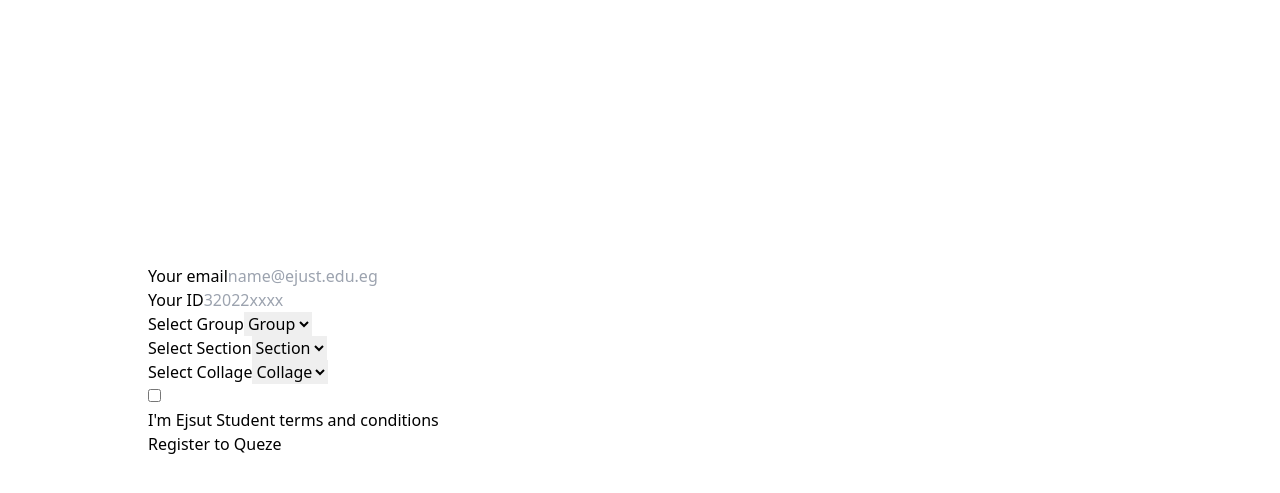
Repository: AbdalrahmanEldeep/FIBOTIC
Page: /
An editor plug-in stored every save of this project. The page is shown before and after the next save, followed by the edit.
The browser window is 1280 px wide. The pictures show the whole page.
The project was rebuilt for these pictures with package versions that can differ from the ones it lists, and the page was loaded fresh each time. Also part of the build but not shown: vite.config.js, src/pages/protecter.jsx, src/pages/exame.jsx.

Above is the page before, as saved 2023-01-06 22:55:39.

After the next save:
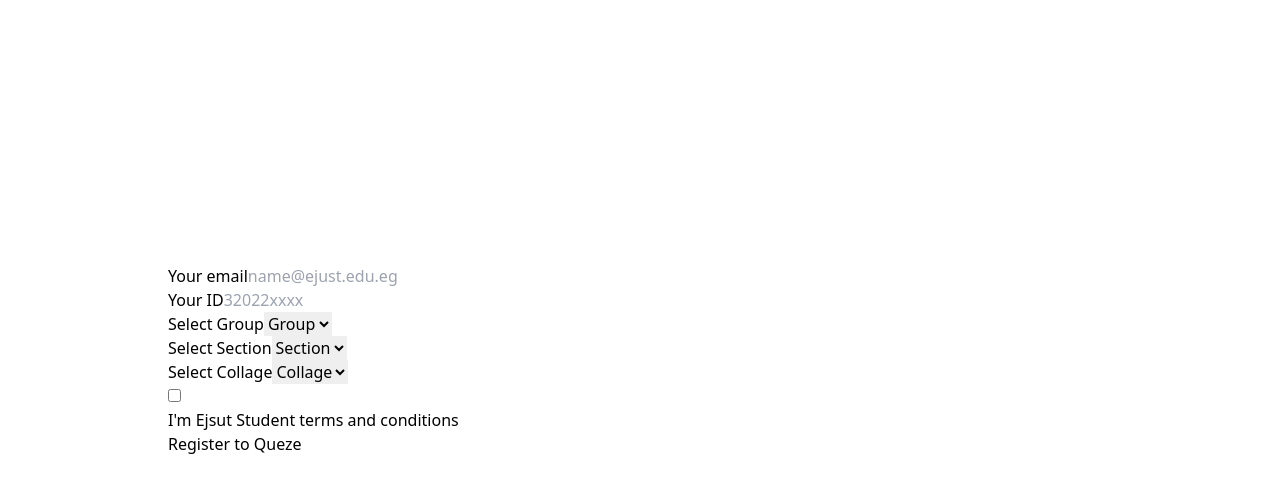
Saved 4 s later.
--- a/src/components/Form.jsx
+++ b/src/components/Form.jsx
@@ -3,7 +3,7 @@ import React from 'react'
 export const Form = () => {
   return (
 
-        <form className='shadow' style={{padding:"20px"}}>
+        <form className='shadow' style={{padding:"40px"}}>
             <div className="mb-6">
                 <label htmlFor="email" className="block mb-2 text-sm font-medium text-gray-900 dark:text-white">Your email</label>
                 <input type="email" id="email" className="w-full shadow-sm bg-gray-50 border border-gray-300 text-gray-900 text-sm rounded focus:ring-blue-500 focus:border-blue-500 block p-2.5 dark:bg-gray-700 dark:border-gray-600 dark:placeholder-gray-400 dark:text-white dark:focus:ring-blue-500 dark:focus:border-blue-500 dark:shadow-sm-light" placeholder="name@ejust.edu.eg" required />
